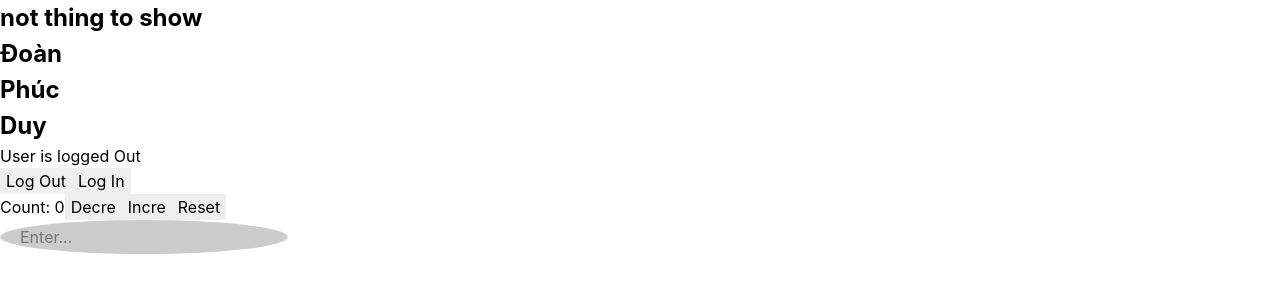
Repository: ledoanmk43/Demo_typescript
Page: /
These files come from the project's save history. The page is drawn as it stood at one moment and after the next save; the edit follows.
The browser window is 1280 px wide. The pictures show the whole page.
The project was rebuilt for these pictures with package versions that can differ from the ones it lists, and the page was loaded fresh each time.

Above is the page before, as saved 2022-03-08 14:19:03.

### src/App.tsx
import React from "react";

import "./App.css";
import Greeting from "./components/Greeting";
import Login from "./components/state/Login";
import Counter from "./components/state/Counter";
import DomRef from "./components/ref/DomRef";

function App() {
  // const Name = {
  //   firstName: "Đoàn",
  //   lastName: "Lê",
  // };

  const nameList = [
    {
      firstName: "Đoàn",
      lastName: "Lê",
    },
    {
      firstName: "Phúc",
      lastName: "Lê",
    },
    {
      firstName: "Duy",
      lastName: "Lê",
    },
  ];
  return (
    <div className="App">
      <Greeting nameProps={nameList} />
      <Login />
      <Counter />
      <DomRef />
    </div>
  );
}

export default App;

### src/App.css
*,
*::before,
*::after {
  box-sizing: border-box;
}
* {
  margin: 0;
}

html,
body {
  height: 100%;
}
body {
  line-height: 1.5;
  -webkit-font-smoothing: antialiased;
  -webkit-tap-highlight-color: rgba(0, 0, 0, 0);
}

img,
picture,
video,
canvas,
svg {
  display: block;
  max-width: 100%;
}
input,
button,
textarea,
select {
  font: inherit;
  outline: none;
  border: none;
}
p,
h1,
h2,
h3,
h4,
h5,
h6 {
  overflow-wrap: break-word;
}

### src/components/Greeting.tsx
import React from "react";

// type GreetingProps = {
//   nameProps: string; //we can also assign value like 'Doan' | 'Duy' | 'Phuc' - if there are more than 1 value for the props and we have to to check cases base on these value
// };

type GreetingProps = {
  nameProps: {
    firstName: string;
    lastName: string;
  }[]; //adding [] at the end if prop is an array

  emptyProps?: string;
};

const Greeting = (props: GreetingProps) => {
  const { emptyProps = "not thing to show" } = props;
  return (
    <div>
      <h2>{emptyProps}</h2>
      {props.nameProps.map((prop) => (
        <h2 key={prop.firstName}>{prop.firstName}</h2>
      ))}
    </div>
  );
};

export default Greeting;

### src/components/state/Login.tsx
import React, { useState } from "react";

type User = {
  userName: string;
  passWord: string;
};

const Login = () => {
  const [isLoggedin, setIsLoggedin] = useState(false);
  // const [user, setUser] = useState<User | null>(null);
  const [user, setUser] = useState({} as User);

  const logIn = () => {
    setIsLoggedin(true);
    setUser({
      userName: "abc",
      passWord: "123",
    });
    console.log(user);
  };
  const logOut = () => {
    setIsLoggedin(false);
    console.log(user);
  };
  return (
    <div>
      <div>User is {isLoggedin ? "logged In" : "logged Out"}</div>
      <button onClick={logOut}>Log Out</button>
      <button onClick={logIn}>Log In</button>
    </div>
  );
};

export default Login;

### src/components/state/Counter.tsx
import { useReducer } from "react";

const initialState = { count: 0 };

// type CounterAction = { type: "incre" | "decre" | "reset"; payload?: number };

// function reducer(state: StateCounter, action: CounterAction) {
//   switch (action.type) {
//     case "incre":
//       return { count: state.count + action.payload || 0 };
//     case "decre":
//       return { count: state.count - action.payload || 0 };
//     case "reset":
//       return initialState;
//     default:
//       return state;
//   } //this is not smart

type updateAction = { type: "incre" | "decre"; payload: number };
type resetAction = { type: "reset" };

type CounterState = { count: number };
type CounterAction = updateAction | resetAction;

function reducer(state: CounterState, action: CounterAction) {
  switch (action.type) {
    case "incre":
      return { count: state.count + action.payload };
    case "decre":
      return { count: state.count - action.payload };
    case "reset":
      return initialState;
    default:
      return state;
  }
}

const Counter = () => {
  const [state, dispatch] = useReducer(reducer, initialState);

  return (
    <div>
      Count: {state.count}
      <button onClick={() => dispatch({ type: "decre", payload: 1 })}>
        Decre
      </button>
      <button onClick={() => dispatch({ type: "incre", payload: 1 })}>
        Incre
      </button>
      <button onClick={() => dispatch({ type: "reset" })}>Reset</button>
    </div>
  );
};

export default Counter;

### src/components/ref/DomRef.tsx
import React, { useRef, useEffect } from "react";

const DomRef = () => {
  const inputRef = useRef<HTMLInputElement>(null);

  useEffect(() => {
    inputRef.current?.focus(); //focus element when component mouted
  }, []);

  return (
    <div>
      <input
        type="text"
        ref={inputRef}
        placeholder="Enter..."
        style={{
          padding: "5px 20px",
          backgroundColor: "#ccc",
          borderRadius: "50%",
        }}
      />
    </div>
  );
};

export default DomRef;

Loaded but not shown: public/index.html (common file); src/index.tsx (common file); src/index.css (common file); src/reportWebVitals.ts (common file)

After the next save:
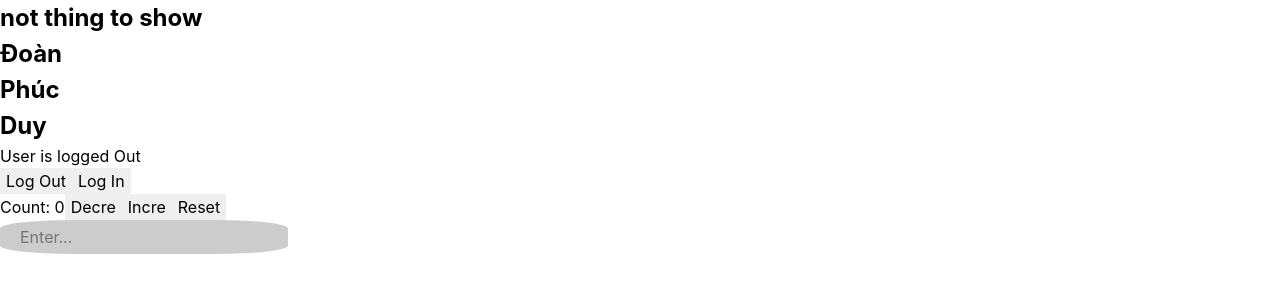
Saved 8 s later.
--- a/src/components/ref/DomRef.tsx
+++ b/src/components/ref/DomRef.tsx
@@ -16,7 +16,7 @@ const DomRef = () => {
         style={{
           padding: "5px 20px",
           backgroundColor: "#ccc",
-          borderRadius: "50%",
+          borderRadius: "25%",
         }}
       />
     </div>
